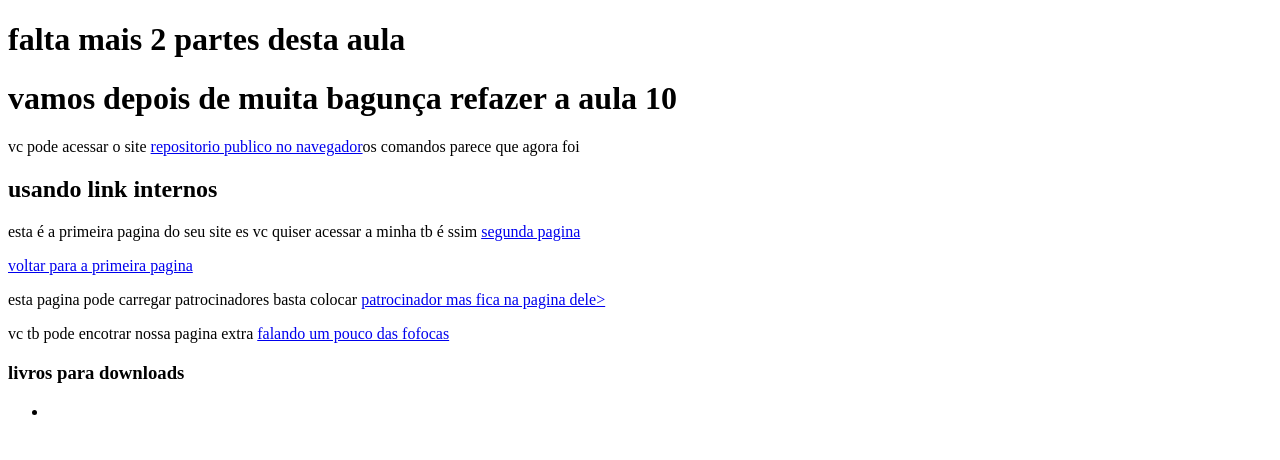
Repository: DorivalJunior14/exercicios
Page: aula10.html/pagoo2.html
An editor plug-in stored every save of this project. The page is shown before and after a run of saves, followed by the edit.
The browser window is 1280 px wide. The pictures show the whole page.

Above is the page before, as saved 2020-12-08 11:36:18.

After the next 2 saves:
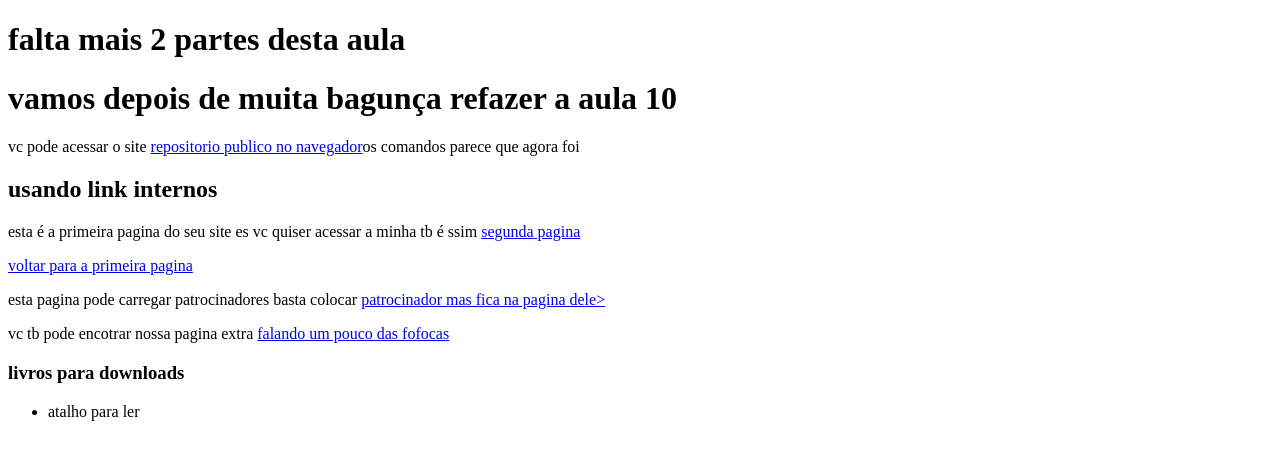
The 2 saves are shown as one change because they came seconds apart.
The last was saved 9 s later.
--- a/aula10.html/pagoo2.html
+++ b/aula10.html/pagoo2.html
@@ -17,7 +17,7 @@
   <p>vc tb pode encotrar nossa pagina extra <a href="noticias/pag003.html">falando um pouco das fofocas </a></p>
   <h3>livros para downloads</h3>
   <ul>
-    <li><a href="meulivro/empdf>"atalho para ler</a>
+    <li><a href="meulivro/empdf>"></a>atalho para ler</a>
   </li>
 
 </ul>
